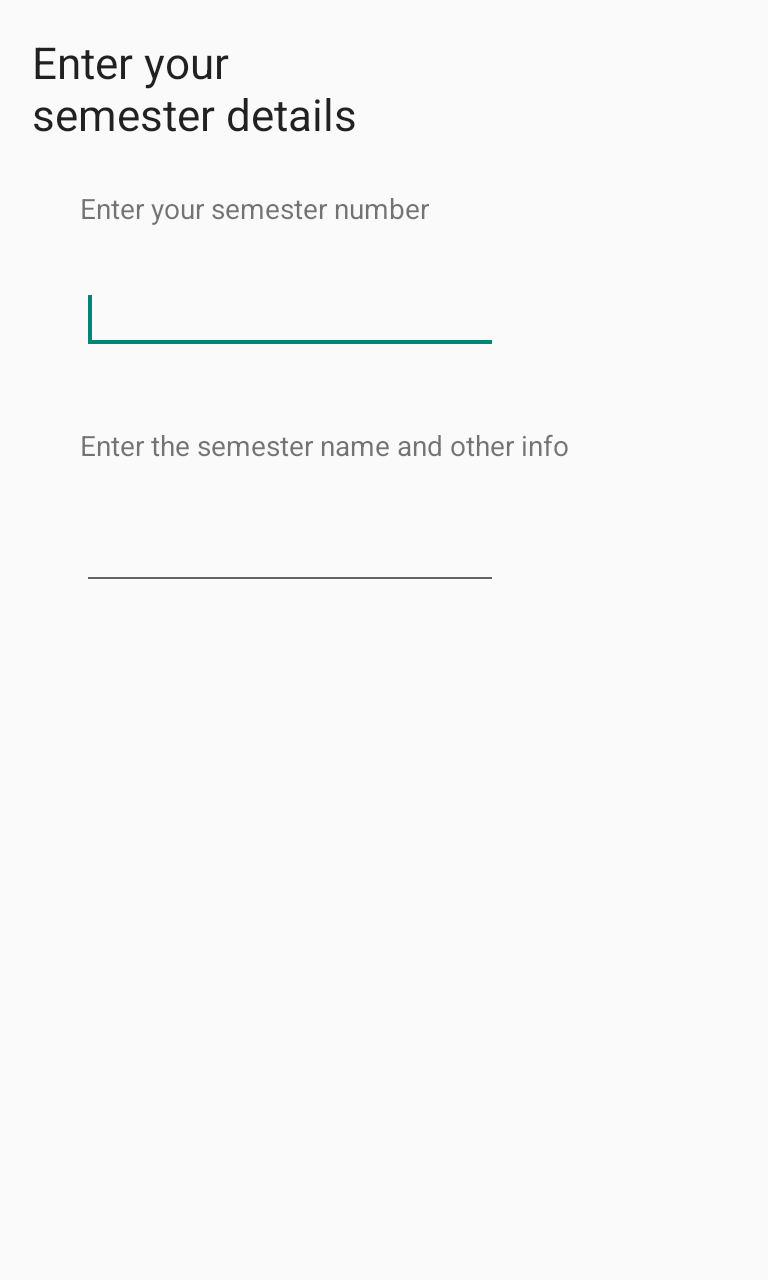
Repository: TeamZhao/Assignment-Tracker
Layout: Assignment-Tracker/AssignmentTracker/res/layout/activity_main.xml
An editor plug-in stored every save of this project. The layout is shown before and after the next save, followed by the edit.
It is drawn on a 768 x 1280 px phone screen (xhdpi) without system bars, with theme AppTheme; the app's code is not run.

Above is the layout before, as saved 2014-10-10 21:02:08.

After the next save:
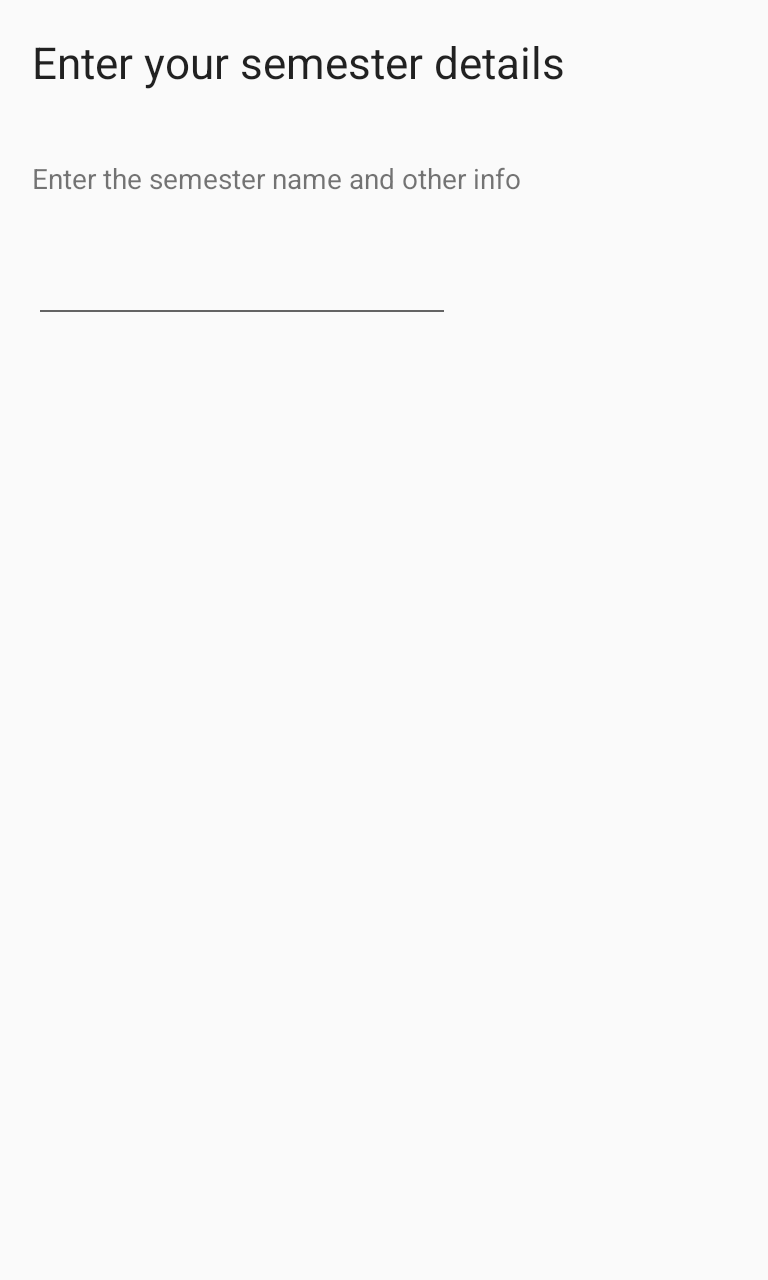
Saved 7 min 59 s later.
--- a/Assignment-Tracker/AssignmentTracker/res/layout/activity_main.xml
+++ b/Assignment-Tracker/AssignmentTracker/res/layout/activity_main.xml
@@ -13,40 +13,15 @@
         android:layout_width="wrap_content"
         android:layout_height="wrap_content"
         android:layout_alignParentTop="true"
-        android:layout_alignRight="@+id/textView2"
         android:layout_marginRight="29dp"
         android:text="@string/semesterDetails"
         android:textAppearance="?android:attr/textAppearanceLarge" />
 
     <TextView
-        android:id="@+id/textView2"
-        android:layout_width="wrap_content"
-        android:layout_height="wrap_content"
-        android:layout_alignParentLeft="true"
-        android:layout_below="@+id/textView1"
-        android:layout_marginLeft="24dp"
-        android:layout_marginTop="23dp"
-        android:text="@string/semesterNo" />
-
-    <EditText
-        android:id="@+id/semesterNo"
-        android:layout_width="wrap_content"
-        android:layout_height="wrap_content"
-        android:layout_alignLeft="@+id/textView2"
-        android:layout_below="@+id/textView2"
-        android:layout_marginTop="24dp"
-        android:ems="10"
-        android:inputType="numberSigned" >
-
-        <requestFocus />
-    </EditText>
-
-    <TextView
         android:id="@+id/textView3"
         android:layout_width="wrap_content"
         android:layout_height="wrap_content"
-        android:layout_alignLeft="@+id/semesterNo"
-        android:layout_below="@+id/semesterNo"
+        android:layout_below="@+id/textView1"
         android:layout_marginTop="34dp"
         android:text="@string/semesterName" />
 
